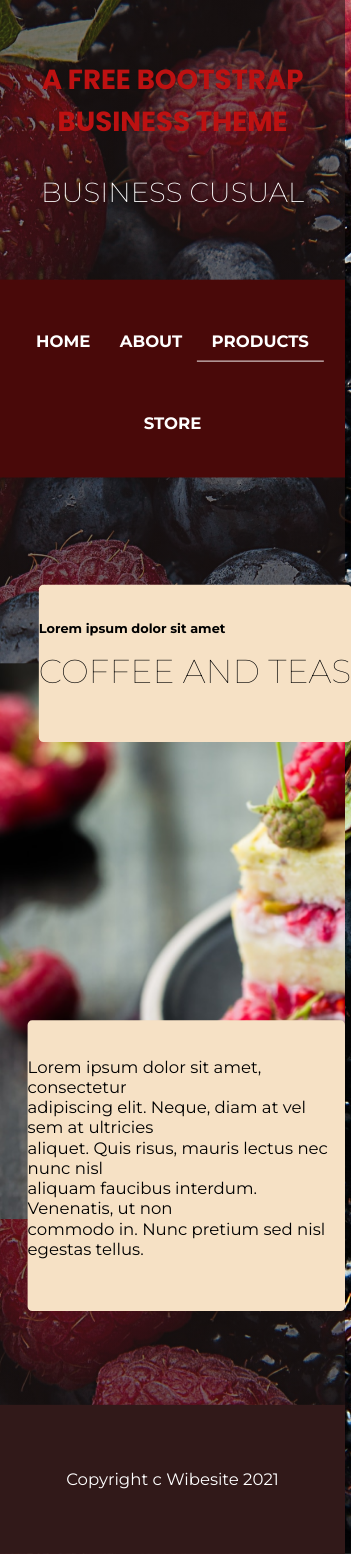
Repository: wadelfadill/tache_7_Business_bootstrap_theme
Page: product.html
An editor plug-in stored every save of this project. The page is shown before and after the next save, followed by the edit.
The browser window is 375 px wide. The page is 382 px wide, then 375 px, so the pictures cover 382 px, including what lies to the right of the window. The pictures show the whole page, at 92% of full size.

Above is the page before, as saved 2023-04-28 11:16:50.

### product.html
<!DOCTYPE html>
<html lang="en">
<head>
    <meta charset="UTF-8">
    <meta http-equiv="X-UA-Compatible" content="IE=edge">
    <meta name="viewport" content="width=device-width, initial-scale=1.0">
    <!------ title of website ------>
    <title>Business website</title>
    <!------ Bootstrap cdn link ------>
    <link href="https://cdn.jsdelivr.net/npm/bootstrap@5.1.3/dist/css/bootstrap.min.css" rel="stylesheet" integrity="sha384-1BmE4kWBq78iYhFldvKuhfTAU6auU8tT94WrHftjDbrCEXSU1oBoqyl2QvZ6jIW3" crossorigin="anonymous">
    <!------- css link -------------->
    <link rel="stylesheet" href="css/style.css">
    <link rel="stylesheet" href="css/product_style.css">
    <!---------Google Fonts links ---------->
    <link rel="preconnect" href="https://fonts.googleapis.com">
    <link rel="preconnect" href="https://fonts.gstatic.com" crossorigin>
    <link href="https://fonts.googleapis.com/css2?family=Montserrat:wght@100;200;400;700&family=Poppins:wght@700&display=swap" rel="stylesheet">

</head>
<body>
    <!-- ========== Start Header Section ========== -->
    <header id="header">
        <h2 class="first_title text-center">A FREE BOOTSTRAP BUSINESS THEME</h2>
        <h1 class="second_title text-center">BUSINESS CUSUAL</h1>
        <!-- ========== Start navbar  Section ========== -->
        <nav class="my-auto mt-5">
            <div class="container my-auto">
                <ul class="nav justify-content-center">
                    <li class="nav-item">
                      <a class="nav-link" aria-current="page" href="index.html">HOME</a>
                    </li>
                    <li class="nav-item">
                      <a class="nav-link" href="about.html">ABOUT</a>
                    </li>
                    <li class="nav-item">
                      <a class="nav-link active" href="product.html">PRODUCTS</a>
                    </li>
                    <li class="nav-item">
                      <a class="nav-link" href="store.html">STORE</a>
                    </li>
                </ul>
            </div>
        </nav>
        <!-- ========== End navbar  Section ========== -->
    </header>
    <!-- ========== End Header Section ========== -->
    <!-- ========== Start Main Section ========== -->
    <main>
      <!-- ========== Start First Section ========== -->
      <section id="first_section">
        <div class="container">
          <div class="row justify-content-center">
            <div class="col photo_fisrt position-relative">
              <div class="box-top position-relative top-0 start-100 translate-middle">
                <p class="p1">Lorem ipsum dolor sit amet</p>
                <p class="p2">COFFEE AND TEAS</p>
              </div>
              <div class="box-bottom">
                <p>Lorem ipsum dolor sit amet, consectetur <br>
                  adipiscing elit. Neque, diam at vel sem at ultricies <br>
                  aliquet. Quis risus, mauris lectus nec nunc nisl <br>
                  aliquam faucibus interdum. Venenatis, ut non <br>
                  commodo in. Nunc pretium sed nisl egestas tellus.</p>
              </div>
            </div>
          </div>
        </div>
      </section>
      <!-- ========== End First Section ========== -->
    </main>
    <!-- ========== End Main Section ========== -->
    <footer id="footer">
        <p class="text-center">Copyright c Wibesite 2021</p>
    </footer>



    <!------ Bootstrap script -------->
    <script src="https://cdn.jsdelivr.net/npm/bootstrap@5.1.3/dist/js/bootstrap.bundle.min.js" integrity="sha384-ka7Sk0Gln4gmtz2MlQnikT1wXgYsOg+OMhuP+IlRH9sENBO0LRn5q+8nbTov4+1p" crossorigin="anonymous"></script>
</body>
</html>

### css/style.css
/* ===== General ====== */

:root{
    --red-color: #BD1111;
    --bg-red:#490909;
    --white-color: #FFFFFF;
    --black-color: #000000;
    --bg-beize:#F6E1C5;
    --bg-red-black: #311919;
    --bg-red-opac:rgba(165, 52, 43, 0.69);
    --red-border: #CD5449;
}
*{
    margin: 0;
    padding: 0;
}
body{
    padding: 0;
    margin: 0;
    background-image: linear-gradient(rgba(34, 24, 24, 0.6), rgba(34, 24, 24, 0.6)), url("../images/1.jpeg");
    background-position: center;
    background-size: cover;
    background-repeat: no-repeat;
}
/* ===== squelette ====== */
/* ===== header section ====== */
/* ===== header titles ======= */
#header .first_title{
    font-family: 'Poppins';
    font-style: normal;
    font-weight: 700;
    font-size: 30px;
    line-height: 45px;
    color: var(--red-color);
    margin-top: 65px;
}
#header .second_title{
    font-family: 'Montserrat';
    font-style: normal;
    font-weight: 200;
    font-size: 76px;
    line-height: 93px;
    color: var(--white-color);
}
/* ====== header navbar ======*/
#header nav{
    background: var(--bg-red);
    height: 124px;
}
#header nav ul li{
    margin-top: 48px;
}
#header nav a{
    font-family: 'Montserrat';
    font-style: normal;
    font-weight: 700;
    font-size: 18px;
    line-height: 22px;
    color: var(--white-color);
}
#header nav a.active{
    padding-bottom: 10px;
    border-bottom: 1px solid white;
}
/* ==== Main section ==========*/
/* main{
    height: 1000px;
} */
/* ====== footer section ====== */
#footer{
    height: 162px;
    background: var(--bg-red-black);
    padding-top: 70px;
}
#footer p{
    font-family: 'Montserrat';
    font-style: normal;
    font-weight: 400;
    font-size: 18px;
    line-height: 22px;
    color: var(--white-color);
}


/* ===== responsive css ======*/
@media screen and (max-width:550px) {
    #header .second_title{
        font-size: 30px;
    }
    #header nav{
        height: max-content;
        padding-bottom: 40px;
    }
}

### css/product_style.css
/* ===== General ====== */

:root{
    --red-color: #BD1111;
    --bg-red:#490909;
    --white-color: #FFFFFF;
    --black-color: #000000;
    --bg-beize:#F6E1C5;
    --bg-red-black: #311919;
    --bg-red-opac:rgba(165, 52, 43, 0.69);
    --red-border: #CD5449;
}


/* ==========first section ========= */
#first_section{
    margin-top: 202px;
    margin-bottom: 202px;
    width: 100%;
}
#first_section .photo_fisrt{
    max-width: 844px;
    height: 604px;
    background: url("../images/gateau-p.png");
    align-self: center;
}
#first_section .box-top{
    max-width: 413px;
    min-height: 150px;
    background: var(--bg-beize);
    padding-top: 39px;
    padding-bottom: 39px;
    border-radius: 5px;
    width: max-content;
}
#first_section .box-top .p1{
    font-family: 'Montserrat';
    font-style: normal;
    font-weight: 600;
    font-size: 14px;
    line-height: 17px;
    color: #000000;
}
#first_section .box-top .p2{
    font-family: 'Montserrat';
    font-style: normal;
    font-weight: 100;
    font-size: 36px;
    line-height: 44px;
    color: #000000;
}
#first_section .box-bottom{
    max-width: 521px;
    min-height: 189px;
    padding-top: 40px;
    padding-bottom: 40px;
    position: absolute;
    bottom: -100px;
    left: -150px;
    background: var(--bg-beize);
    border-radius: 5px;
}
#first_section .box-bottom p{
    font-family: 'Montserrat';
    font-style: normal;
    font-weight: 400;
    font-size: 18px;
    line-height: 22px;
    color: #000000;
}

/* ============== responsive css ================ */
@media screen and (max-width:1200px) {
    #first_section .box-bottom{
        left: 50px;
    }
    #first_section .box-top{
        left: 300px !important;
    }

}
@media screen and (max-width:550px) {
     #first_section .box-bottom{
        left: 30px;
    }
    #first_section .box-top{
        left: 200px !important;
    }
}

After the next save:
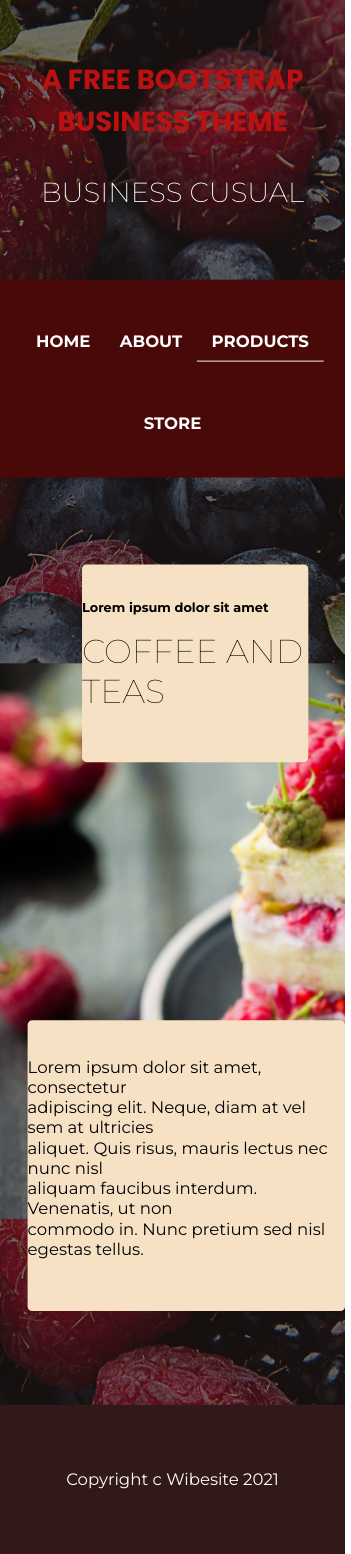
Saved 6 min 11 s later.
--- a/css/product_style.css
+++ b/css/product_style.css
@@ -80,10 +80,12 @@
 
 }
 @media screen and (max-width:550px) {
-     #first_section .box-bottom{
+    #first_section .box-bottom{
         left: 30px;
+        width: auto;
     }
     #first_section .box-top{
         left: 200px !important;
+        width: 70%;
     }
 }
